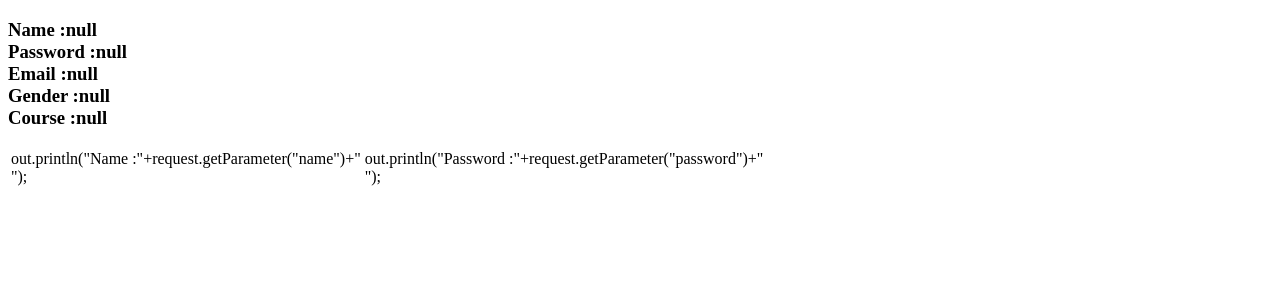
Repository: Kamleshmaury/CoreJava
Page: http://localhost/RegistrationForm/file.jsp
These files come from the project's save history. The page is drawn as it stood at one moment and after the next save; the edit follows.
The browser window is 1280 px wide. The pictures show the whole page.
The page is served by Tomcat 10.

Above is the page before, as saved 2022-10-18 12:18:03.

After the next save:
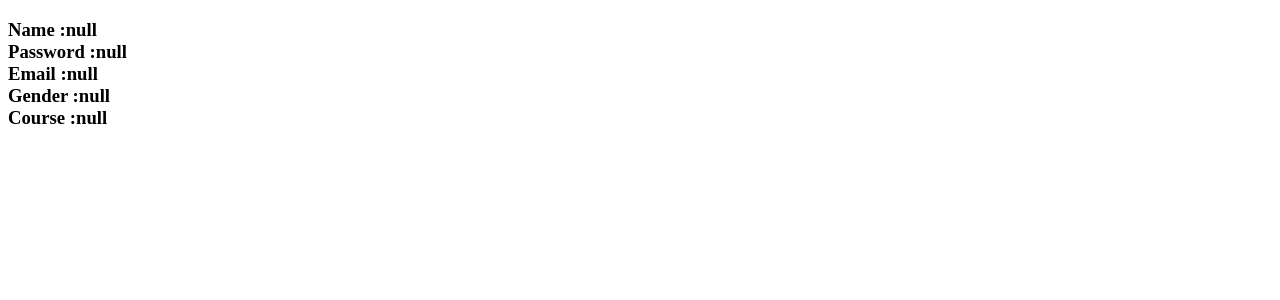
Saved 2 min 4 s later.
--- a/RegistrationForm/src/main/webapp/file.jsp
+++ b/RegistrationForm/src/main/webapp/file.jsp
@@ -7,11 +7,7 @@
 <title>Insert title here</title>
 </head>
 <body>
-	<table>
-		<tr>
-			<td>out.println("Name :"+request.getParameter("name")+"<br>");</td>
-			<td>out.println("Password :"+request.getParameter("password")+"<br>");</td>
-		</tr>
+
          <h3><%
           	out.println("Name :"+request.getParameter("name")+"<br>");
      		out.println("Password :"+request.getParameter("password")+"<br>");
@@ -19,6 +15,6 @@
          	out.println("Gender :"+request.getParameter("gender")+"<br>");
          	out.println("Course :"+request.getParameter("course")+"<br>");
           %></h3>
-      </table>
+
 </body>
 </html>
